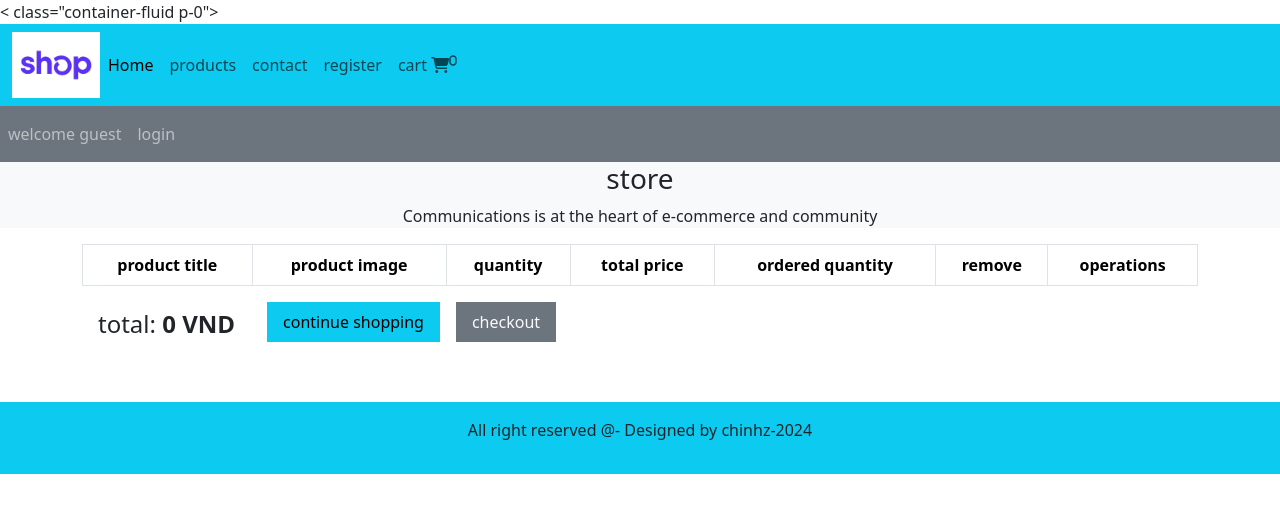
Repository: hahuuchinh2501/ecommerce_web
Page: http://localhost/cart.php
The author's editor kept a copy of each file at every save. The page is drawn from the files as they stood at one save, then again after the next save.
The browser window is 1280 px wide. The pictures show the whole page.
The page is run by PHP 8.4 with error messages shown; the project is at /var/www/html/. Queries for data that is not in the repository find no rows.

Above is the page before, as saved 2025-02-07 20:38:44.

### cart.php
<?php
include('includes/connect.php');
include('functions/common_function.php');
?>



<!DOCTYPE html>
<html lang="en">

<head>
    <meta charset="UTF-8">
    <meta name="viewport" content="width=device-width, initial-scale=1.0">
    <title>website-cart details</title>
    <link href="https://cdn.jsdelivr.net/npm/bootstrap@5.3.3/dist/css/bootstrap.min.css" rel="stylesheet"
        integrity="sha384-QWTKZyjpPEjISv5WaRU9OFeRpok6YctnYmDr5pNlyT2bRjXh0JMhjY6hW+ALEwIH" crossorigin="anonymous">
    <link rel="stylesheet" href="https://cdnjs.cloudflare.com/ajax/libs/font-awesome/6.5.2/css/all.min.css"
        integrity="sha512-SnH5WK+bZxgPHs44uWIX+LLJAJ9/2PkPKZ5QiAj6Ta86w+fsb2TkcmfRyVX3pBnMFcV7oQPJkl9QevSCWr3W6A=="
        crossorigin="anonymous" referrerpolicy="no-referrer" />
    <link rel="stylesheet" href="style.css">

</head>
<style>
    .cart_img {
        width: 50px;
        height: 50px;
        object-fit: contain;
    }
</style>

<body>
    <!-- navbar -->
    < class="container-fluid p-0">
        <nav class="navbar navbar-expand-lg bg-info">
            <div class="container-fluid">
                <img src="./images/shop.jpg" alt="" class="logo">
                <button class="navbar-toggler" type="button" data-bs-toggle="collapse"
                    data-bs-target="#navbarSupportedContent" aria-controls="navbarSupportedContent"
                    aria-expanded="false" aria-label="Toggle navigation">
                    <span class="navbar-toggler-icon"></span>
                </button>
                <div class="collapse navbar-collapse" id="navbarSupportedContent">
                    <ul class="navbar-nav me-auto mb-2 mb-lg-0">
                        <li class="nav-item">
                            <a class="nav-link active" aria-current="page" href="index.php">Home</a>
                        </li>
                        <li class="nav-item">
                            <a class="nav-link" href="display_all.php">products</a>
                        </li>
                        <li class="nav-item">
                            <a class="nav-link" href="#">contact</a>
                        </li>
                        <li class="nav-item">
                            <a class="nav-link" href="#">register</a>
                        </li>
                        <li class="nav-item">
                            <a class="nav-link" href="cart.php">cart <i
                                    class="fa-solid fa-cart-shopping"><sup><?php cart_item(); ?></sup></i></a>
                        </li>

                    </ul>

                </div>
            </div>
        </nav>

        <!-- call function cart -->
        <?php
        cart();
        ?>

        <nav class="navbar navbar-expand-lg navbar-dark bg-secondary">
            <ul class="navbar-nav me-auto">
                <li class="nav-item">
                    <a class="nav-link" href="#">welcome guest</a>
                </li>
                <li class="nav-item">
                    <a class="nav-link" href="#">login</a>
                </li>
            </ul>
        </nav>
        <div class="bg-light">
            <h3 class="text-center">store</h3>
            <p class="text-center">Communications is at the heart of e-commerce and community</p>
        </div>



        <div class="container">
            <div class="row">
                <form action="" method="post">
                    <table class="table table-bordered text-center">
                        <thead>
                            <tr>
                                <th>product title</th>
                                <th>product image</th>
                                <th>quantity</th>
                                <th>total price</th>
                                <th> ordered quantity</th>
                                <th>remove</th>
                                <th colspan="2">operations</th>
                            </tr>
                        </thead>
                        <tbody>

                            <?php
                            global $con;
                            $get_ip_add = getIPAddress();
                            $total_price = 0;
                            $cart_query = "Select * from `cart_details` where ip_address='$get_ip_add'";
                            $result = mysqli_query($con, $cart_query);
                            while ($row = mysqli_fetch_array($result)) {
                                $product_id = $row['product_id'];
                                $select_products = "Select * from `products` where product_id='$product_id'";
                                $result_products = mysqli_query($con, $select_products);
                                while ($row_product_price = mysqli_fetch_array($result_products)) {
                                    $product_price = array($row_product_price['product_price']);
                                    $price_table = $row_product_price['product_price'];
                                    $product_title = $row_product_price['product_title'];
                                    $product_image1 = $row_product_price['product_image1'];
                                    $product_values = array_sum($product_price);
                                    $total_price += $product_values;

                                    ?>

                                    <tr>
                                        <td><?php echo $product_title ?></td>
                                        <td><img src="./admin_area/product_images/<?php echo $product_image1 ?>" alt=""
                                                class="cart_img"></td>
                                        <td><input type="text" name="" id="" class="form-input w-50"></td>
                                        <td><?php echo $price_table ?></td>
                                        <td>2</td>
                                        <td><input type="checkbox"></td>
                                        <td>
                                            <button class="bg-info px-3 py-2 border-0 mx-3">update</button><button
                                                class="bg-secondary p-3 py-2 border-0 text-light">remove</button>
                                        </td>
                                    </tr>
                                <?php }
                            } ?>
                        </tbody>
                    </table>
                    <div class="d-flex mb-5">
                        <h4 class="px-3 py-2">total: <strong><?php echo $total_price ?> VND</strong></h4>
                        <a href="index.php"><button class="bg-info px-3 py-2 border-0 mx-3">continue
                                shopping</button></a>
                        <a href="#"><button class="bg-secondary p-3 py-2 border-0 text-light">checkout</button></a>
                    </div>
            </div>
        </div>
        </form>

        <!-- include footer  -->
        <?php
        include("./includes/footer.php")
            ?>
        </div>

        <script src="https://cdn.jsdelivr.net/npm/bootstrap@5.3.3/dist/js/bootstrap.bundle.min.js"
            integrity="sha384-YvpcrYf0tY3lHB60NNkmXc5s9fDVZLESaAA55NDzOxhy9GkcIdslK1eN7N6jIeHz"
            crossorigin="anonymous"></script>
</body>

</html>

### includes/connect.php
<?php

$con=mysqli_connect('127.0.0.1:3316','root','123','myshop');
if(!$con) {
    die(mysqli_error($con));
}


?>

### includes/footer.php
<div class="bg-info p-3 text-center">
    <p>All right reserved @- Designed by chinhz-2024</p>
</div>

### style.css
* {
    margin: 0;
    padding: 0;
    box-sizing: border-box;
}


.logo {
    width: 7%;
    height: 7%;
}

     .card-img-top {
            height: 360px; /* Đặt chiều cao cố định */
            object-fit: cover; /* Đảm bảo hình ảnh vừa khung và không bị biến dạng */
        }

.cart_img {
    width:50px;
    height:50px;
}

Loaded but not shown: functions/common_function.php (382 lines, source omitted)

After the next save:
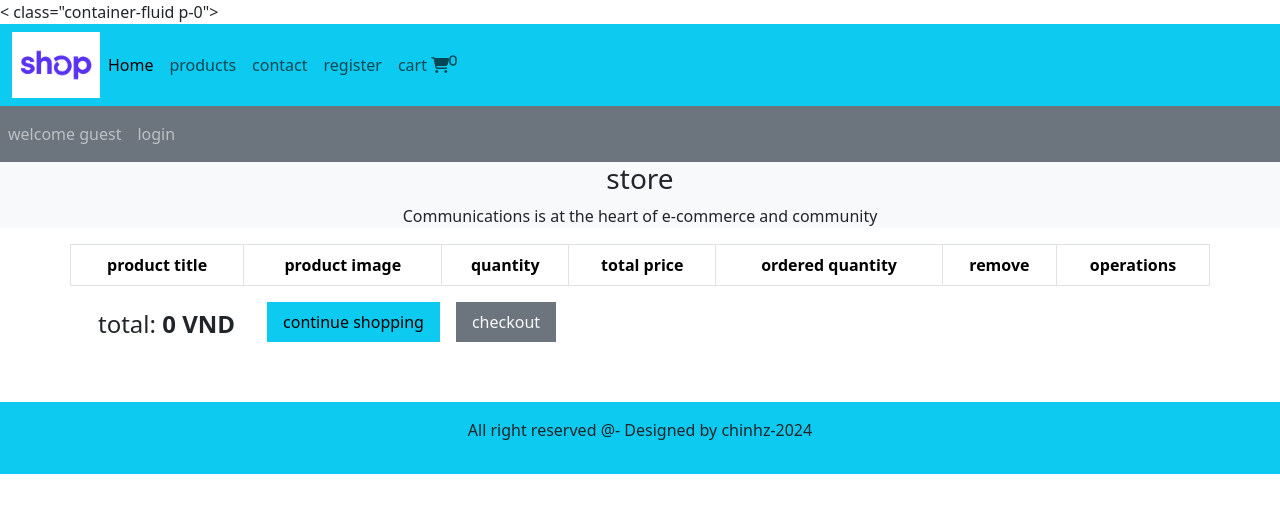
Saved 3 min 16 s later.
--- a/cart.php
+++ b/cart.php
@@ -88,67 +88,67 @@ include('functions/common_function.php');
 
         <div class="container">
             <div class="row">
-                <form action="" method="post">
-                    <table class="table table-bordered text-center">
-                        <thead>
-                            <tr>
-                                <th>product title</th>
-                                <th>product image</th>
-                                <th>quantity</th>
-                                <th>total price</th>
-                                <th> ordered quantity</th>
-                                <th>remove</th>
-                                <th colspan="2">operations</th>
-                            </tr>
-                        </thead>
-                        <tbody>
+                <form action="" method="post"></form>
+                <table class="table table-bordered text-center">
+                    <thead>
+                        <tr>
+                            <th>product title</th>
+                            <th>product image</th>
+                            <th>quantity</th>
+                            <th>total price</th>
+                            <th> ordered quantity</th>
+                            <th>remove</th>
+                            <th colspan="2">operations</th>
+                        </tr>
+                    </thead>
+                    <tbody>
 
-                            <?php
-                            global $con;
-                            $get_ip_add = getIPAddress();
-                            $total_price = 0;
-                            $cart_query = "Select * from `cart_details` where ip_address='$get_ip_add'";
-                            $result = mysqli_query($con, $cart_query);
-                            while ($row = mysqli_fetch_array($result)) {
-                                $product_id = $row['product_id'];
-                                $select_products = "Select * from `products` where product_id='$product_id'";
-                                $result_products = mysqli_query($con, $select_products);
-                                while ($row_product_price = mysqli_fetch_array($result_products)) {
-                                    $product_price = array($row_product_price['product_price']);
-                                    $price_table = $row_product_price['product_price'];
-                                    $product_title = $row_product_price['product_title'];
-                                    $product_image1 = $row_product_price['product_image1'];
-                                    $product_values = array_sum($product_price);
-                                    $total_price += $product_values;
+                        <?php
+                        global $con;
+                        $get_ip_add = getIPAddress();
+                        $total_price = 0;
+                        $cart_query = "Select * from `cart_details` where ip_address='$get_ip_add'";
+                        $result = mysqli_query($con, $cart_query);
+                        while ($row = mysqli_fetch_array($result)) {
+                            $product_id = $row['product_id'];
+                            $select_products = "Select * from `products` where product_id='$product_id'";
+                            $result_products = mysqli_query($con, $select_products);
+                            while ($row_product_price = mysqli_fetch_array($result_products)) {
+                                $product_price = array($row_product_price['product_price']);
+                                $price_table = $row_product_price['product_price'];
+                                $product_title = $row_product_price['product_title'];
+                                $product_image1 = $row_product_price['product_image1'];
+                                $product_values = array_sum($product_price);
+                                $total_price += $product_values;
 
-                                    ?>
+                                ?>
 
-                                    <tr>
-                                        <td><?php echo $product_title ?></td>
-                                        <td><img src="./admin_area/product_images/<?php echo $product_image1 ?>" alt=""
-                                                class="cart_img"></td>
-                                        <td><input type="text" name="" id="" class="form-input w-50"></td>
-                                        <td><?php echo $price_table ?></td>
-                                        <td>2</td>
-                                        <td><input type="checkbox"></td>
-                                        <td>
-                                            <button class="bg-info px-3 py-2 border-0 mx-3">update</button><button
-                                                class="bg-secondary p-3 py-2 border-0 text-light">remove</button>
-                                        </td>
-                                    </tr>
-                                <?php }
-                            } ?>
-                        </tbody>
-                    </table>
-                    <div class="d-flex mb-5">
-                        <h4 class="px-3 py-2">total: <strong><?php echo $total_price ?> VND</strong></h4>
-                        <a href="index.php"><button class="bg-info px-3 py-2 border-0 mx-3">continue
-                                shopping</button></a>
-                        <a href="#"><button class="bg-secondary p-3 py-2 border-0 text-light">checkout</button></a>
-                    </div>
+                                <tr>
+                                    <td><?php echo $product_title ?></td>
+                                    <td><img src="./admin_area/product_images/<?php echo $product_image1 ?>" alt=""
+                                            class="cart_img"></td>
+                                    <td><input type="text" name="" id="" class="form-input w-50"></td>
+                                    <td><?php echo $price_table ?></td>
+                                    <td>2</td>
+                                    <td><input type="checkbox"></td>
+                                    <td>
+                                        <button class="bg-info px-3 py-2 border-0 mx-3">update</button><button
+                                            class="bg-secondary p-3 py-2 border-0 text-light">remove</button>
+                                    </td>
+                                </tr>
+                            <?php }
+                        } ?>
+                    </tbody>
+                </table>
+                <div class="d-flex mb-5">
+                    <h4 class="px-3 py-2">total: <strong><?php echo $total_price ?> VND</strong></h4>
+                    <a href="index.php"><button class="bg-info px-3 py-2 border-0 mx-3">continue
+                            shopping</button></a>
+                    <a href="#"><button class="bg-secondary p-3 py-2 border-0 text-light">checkout</button></a>
+                </div>
             </div>
         </div>
-        </form>
+
 
         <!-- include footer  -->
         <?php
